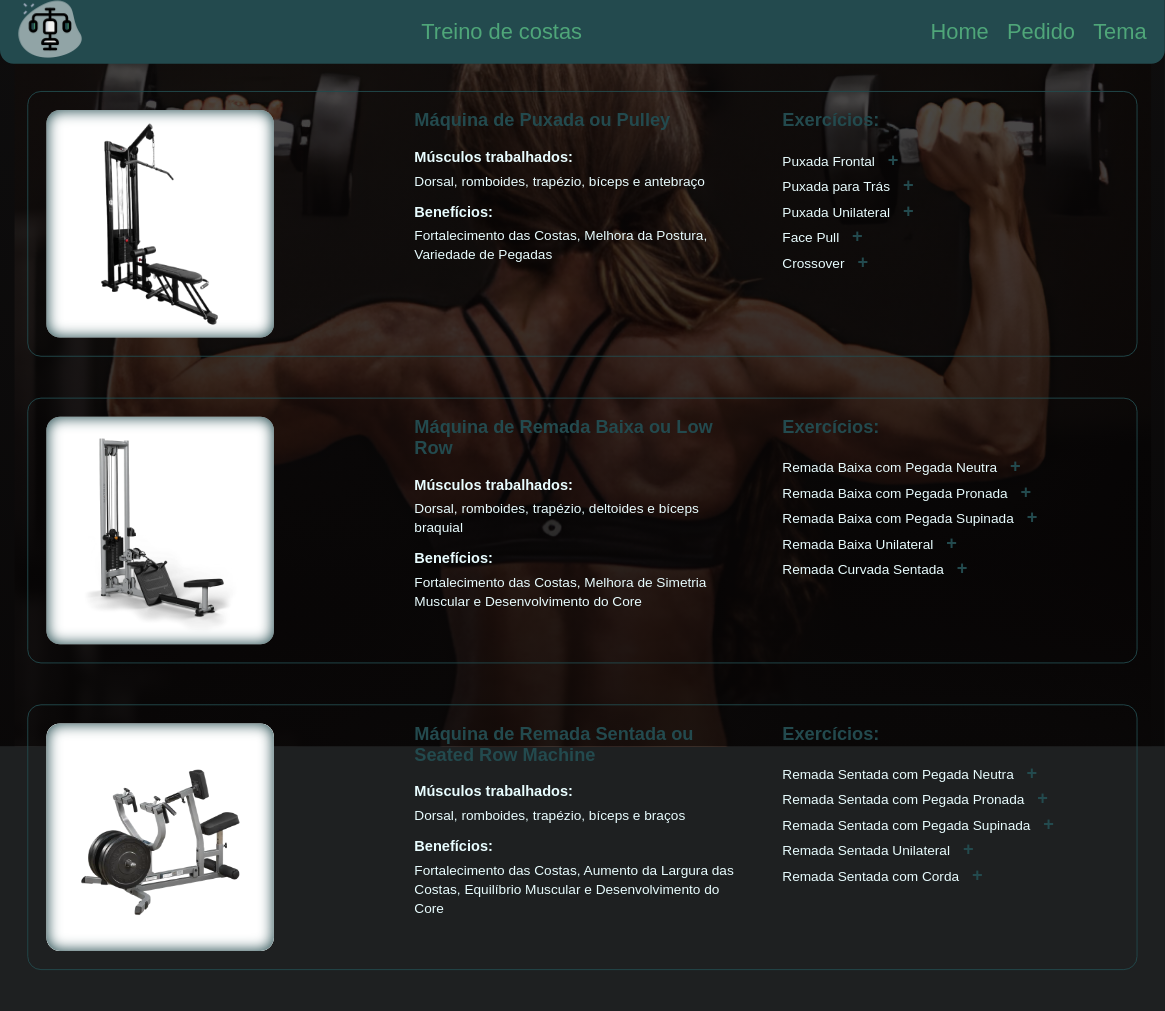
Repository: Marinalr-25/Projeto-Aparelhos-de-Academia
Page: costas.html
These files come from the project's save history. The page is drawn as it stood at one moment and after the next save; the edit follows.
The browser window is 1280 px wide. The pictures show the whole page, at 91% of full size.
Backgrounds fixed to the window are drawn as part of the page.

Above is the page before, as saved 2025-01-07 15:11:17.
Console error: TypeError: Cannot read properties of null (reading 'addEventListener')

After the next save:
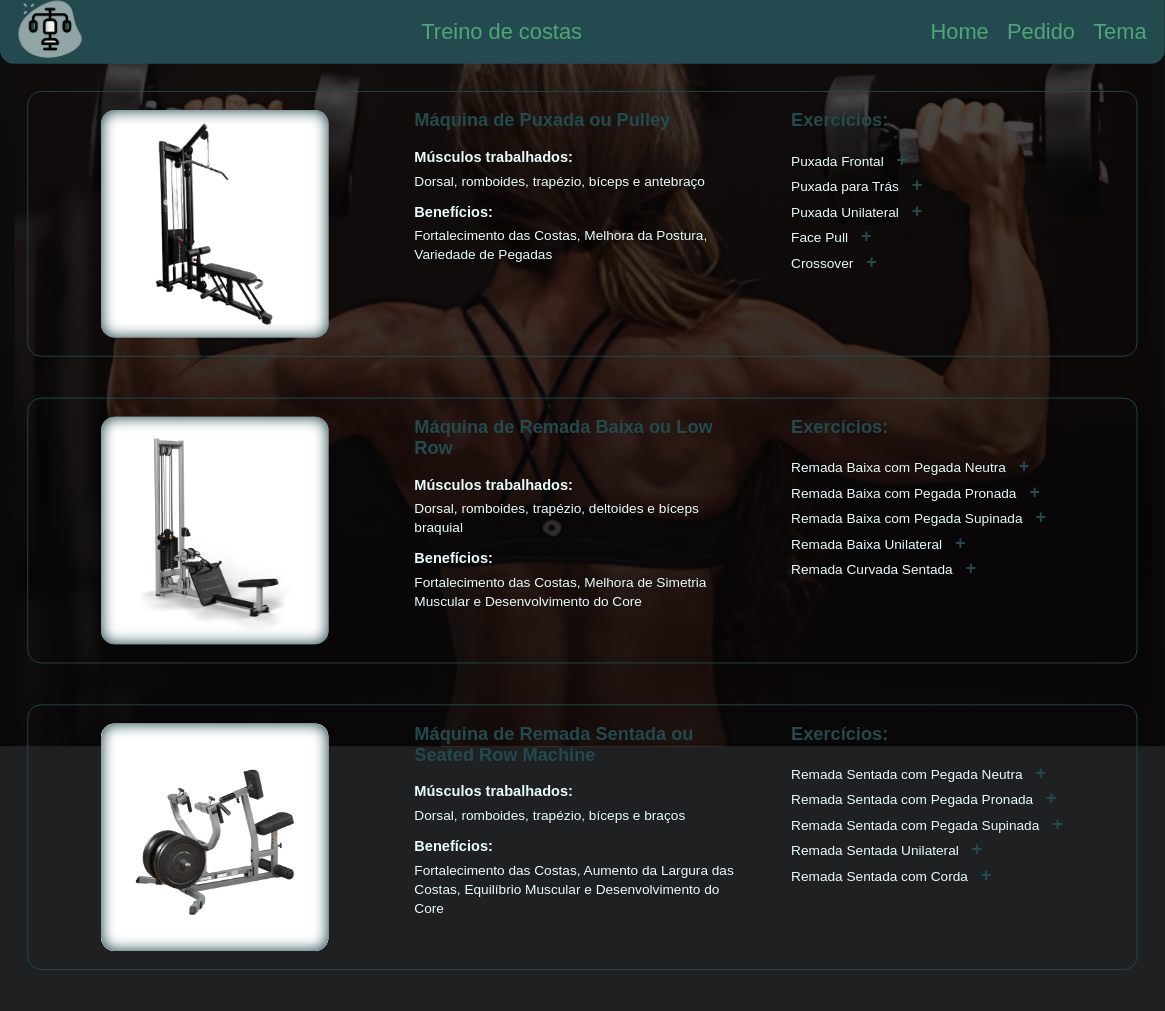
Saved 3 min 33 s later.
--- a/css/style.css
+++ b/css/style.css
@@ -450,6 +450,7 @@ main {
       display: grid;
       grid-template-columns: repeat(3, 1fr);
       grid-template-rows: auto;
+      justify-items: center;
       gap: 3.5rem;
       max-width: 130rem;
       height: auto;
